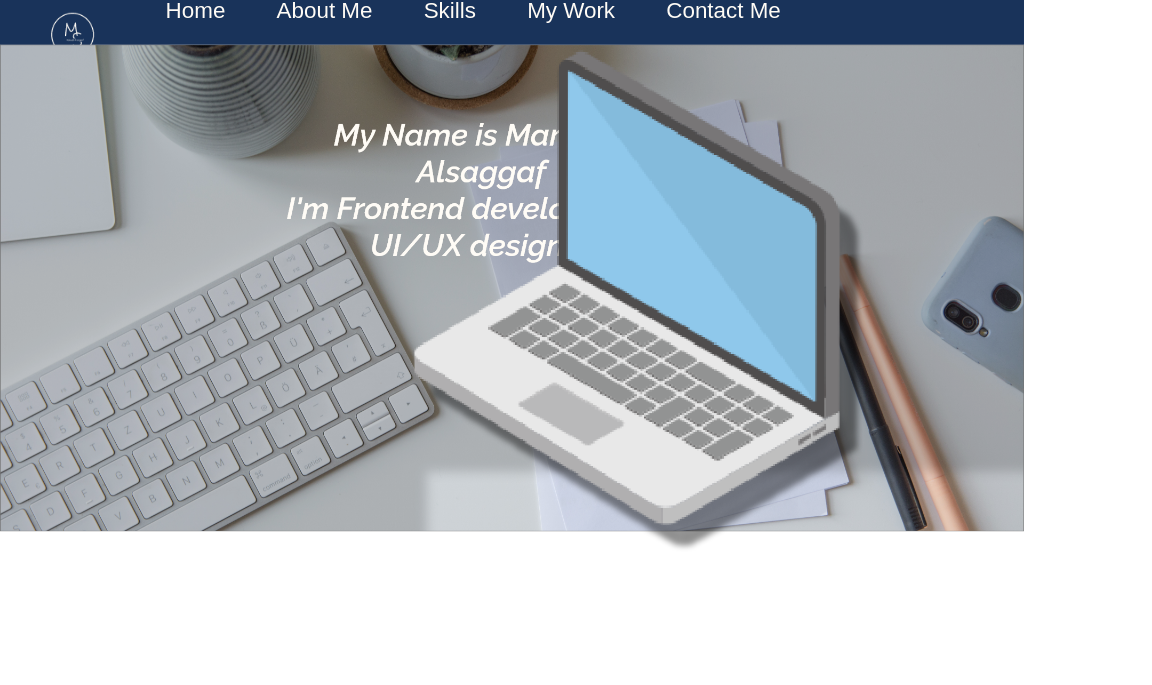
Repository: MEROO1010/my_portfolio
Page: /
An editor plug-in stored every save of this project. The page is shown before and after the next save, followed by the edit.
The browser window is 1280 px wide. The page is 1280 px wide, then 1440 px, so the pictures cover 1440 px, including what lies to the right of the window. The pictures show the whole page, at 80% of full size.
The project was rebuilt for these pictures with package versions that can differ from the ones it lists, and the page was loaded fresh each time. The framework's server and built-in components were replaced by stand-ins that run in the browser. Also part of the build but not shown: next.config.js.

Above is the page before, as saved 2023-03-10 02:11:05.

After the next save:
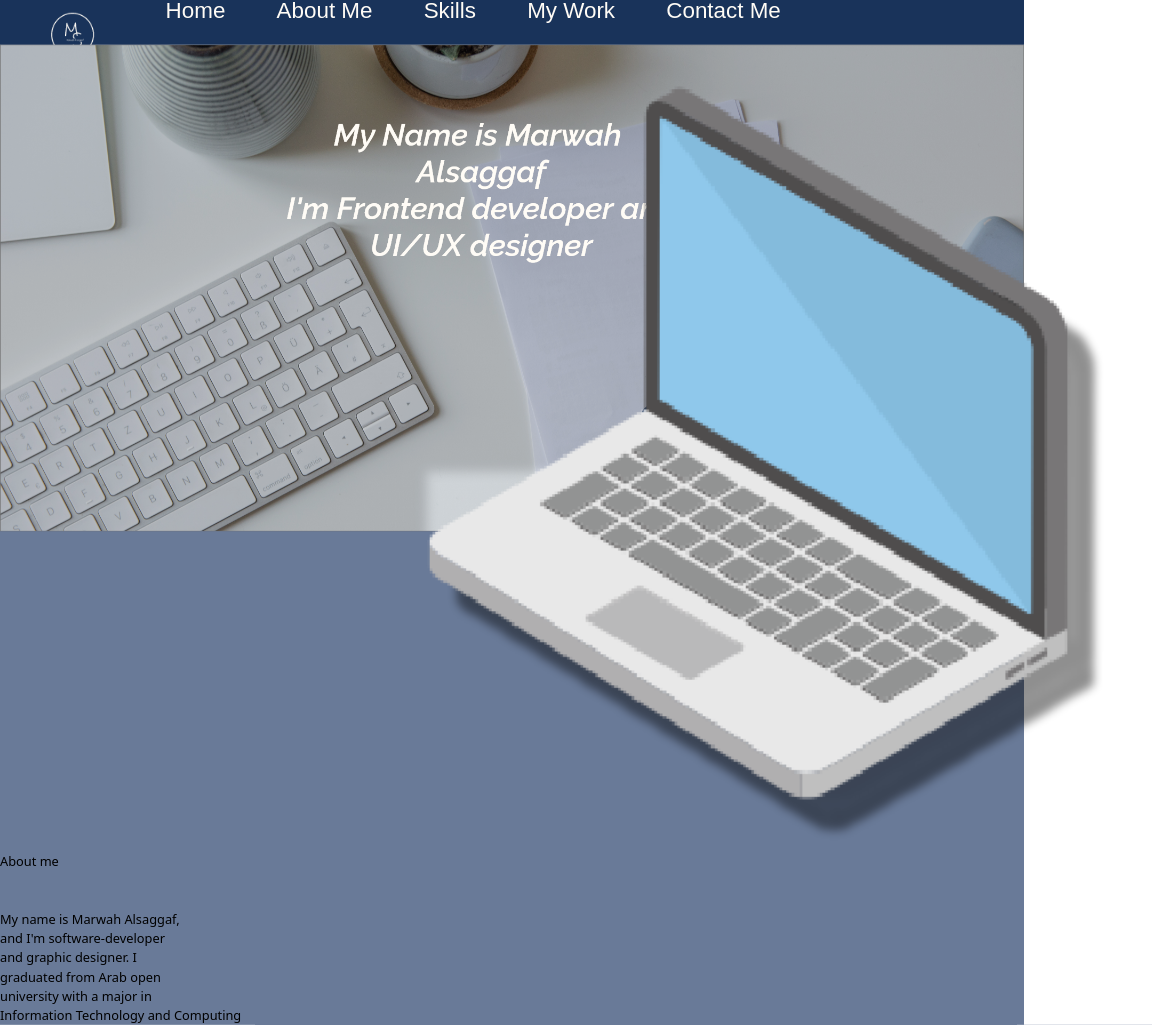
Saved 38 s later.
--- a/pages/components/AboutMe.tsx
+++ b/pages/components/AboutMe.tsx
@@ -6,7 +6,7 @@ const AboutMe = () => {
   return (
     <div className="bg-[#697A98]  ">
 
-        <div className=" absolute px-18 mx-40 left-80">
+        <div className=" relative px-18 mx-40 left-80">
         <Image src="/assets/images/laptop-screen.png" alt="laptop" width={4000} height={10}/>
         </div>
 
